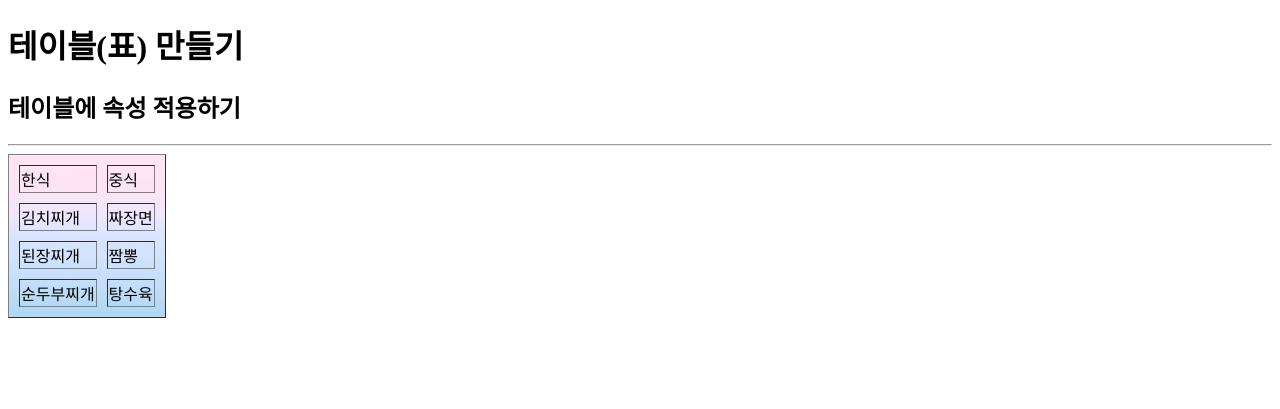
Repository: jp0301/WebStudy
Page: WebApp01/WebContent/Test011.html
These files come from the project's save history. The page is drawn as it stood at one moment and after the next save; the edit follows.
The browser window is 1280 px wide. The pictures show the whole page.

Above is the page before, as saved 2022-09-27 02:18:25.

After the next save:
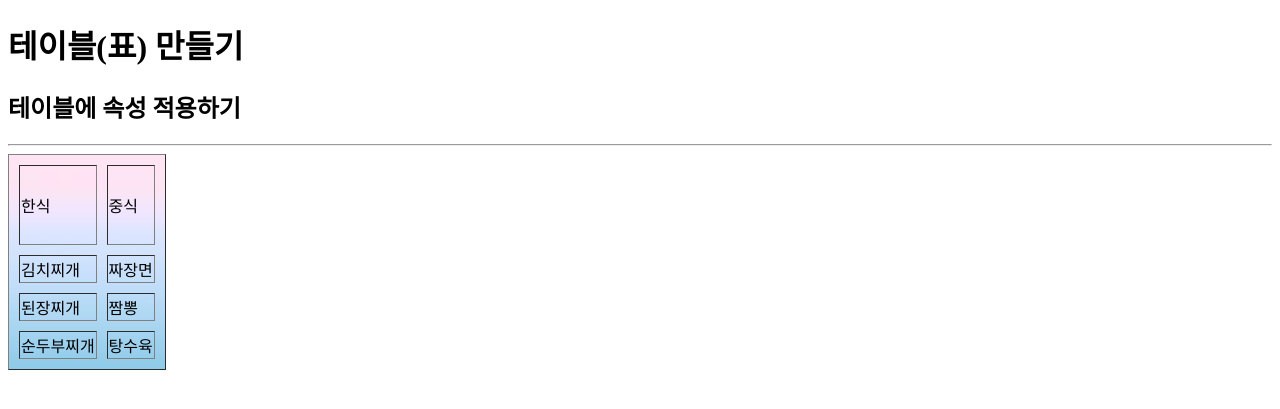
Saved 3 min 10 s later.
--- a/WebApp01/WebContent/Test011.html
+++ b/WebApp01/WebContent/Test011.html
@@ -15,7 +15,7 @@
 
 	<div>
 		<table border="1" background="images/img_03.jpg" celpadding="10" cellspacing="10">
-			<tr>
+			<tr height="80">
 				<td>한식</td>
 				<td>중식</td>
 			</tr>
